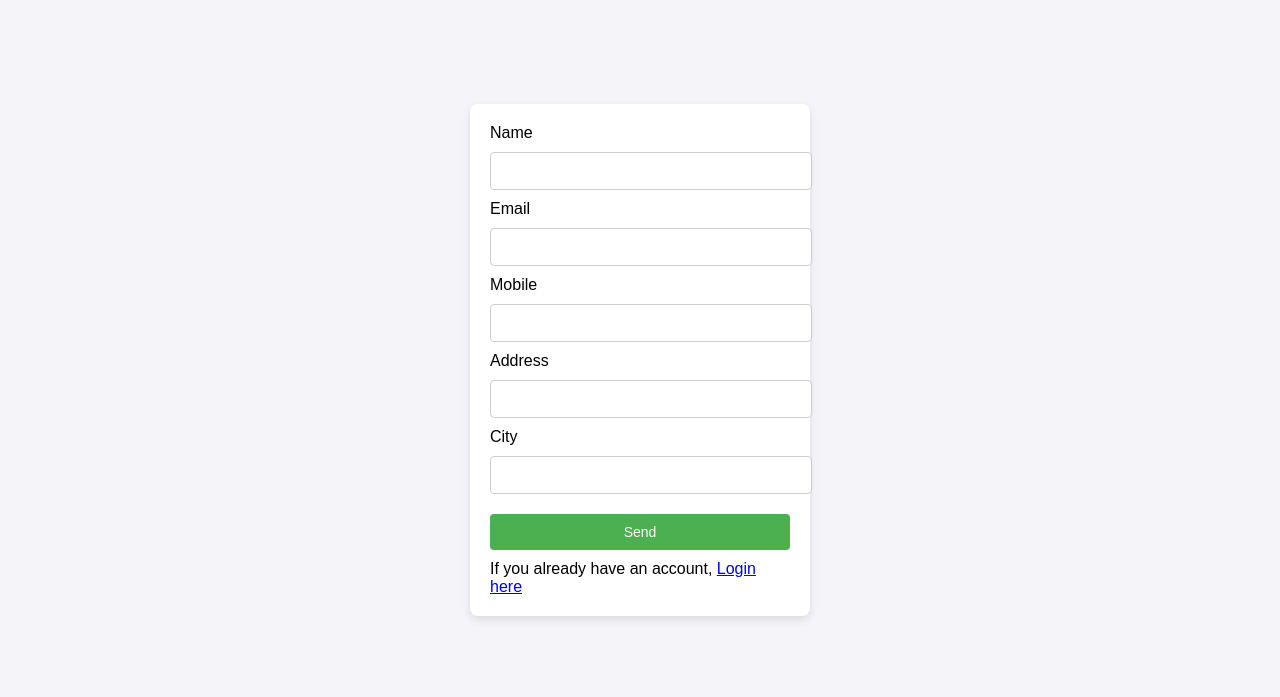
Repository: NagepalliHaasan21/MyProjects
Page: eclipse-workspace/com.SecondJEEPrgm/src/main/webapp/index.html
The author's editor kept a copy of each file at every save. The page is drawn from the files as they stood at one save, then again after the next save.
The browser window is 1280 px wide. The pictures show the whole page.

Above is the page before, as saved 2024-11-28 13:24:22.

After the next save:
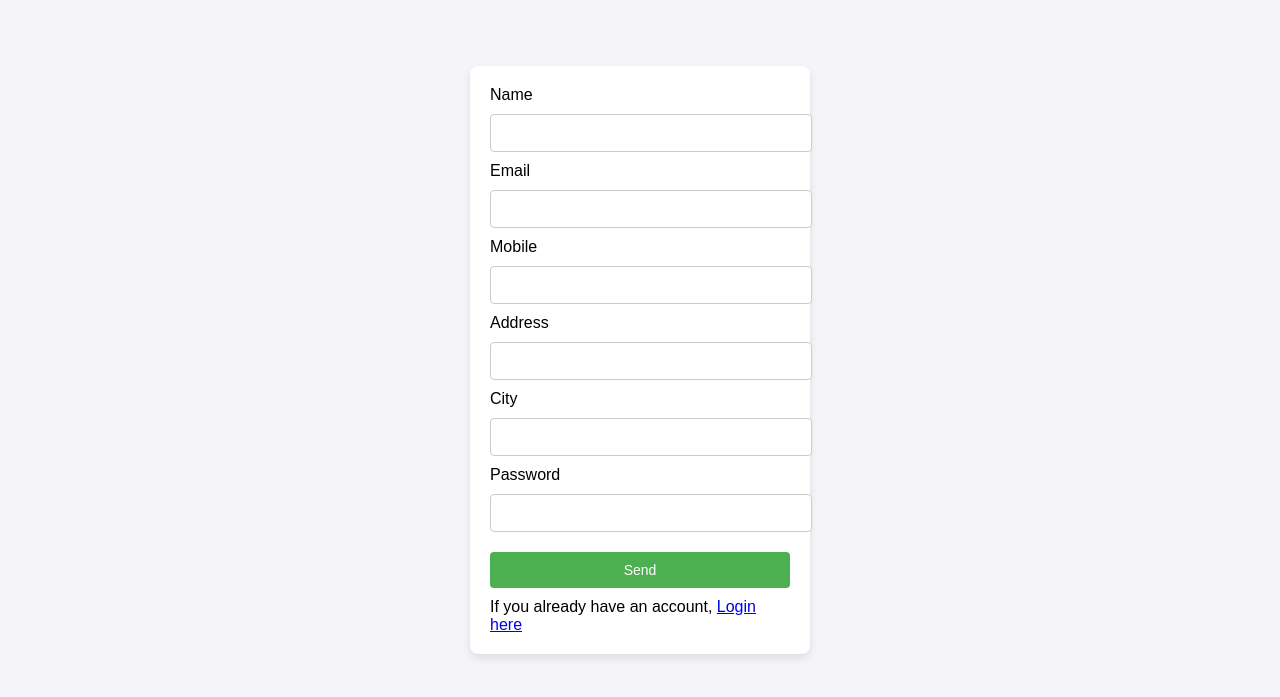
Saved 2 min 41 s later.
--- a/eclipse-workspace/com.SecondJEEPrgm/src/main/webapp/index.html
+++ b/eclipse-workspace/com.SecondJEEPrgm/src/main/webapp/index.html
@@ -77,6 +77,9 @@
         <label for="city">City</label>
         <input type="text" id="city" name="city">
 
+        <label for="password">Password</label>
+        <input type="text" id="password" name="password">
+
         <input type="submit" value="Send">
         If you already have an account, <a href="login.html">Login here</a>
     </form>
